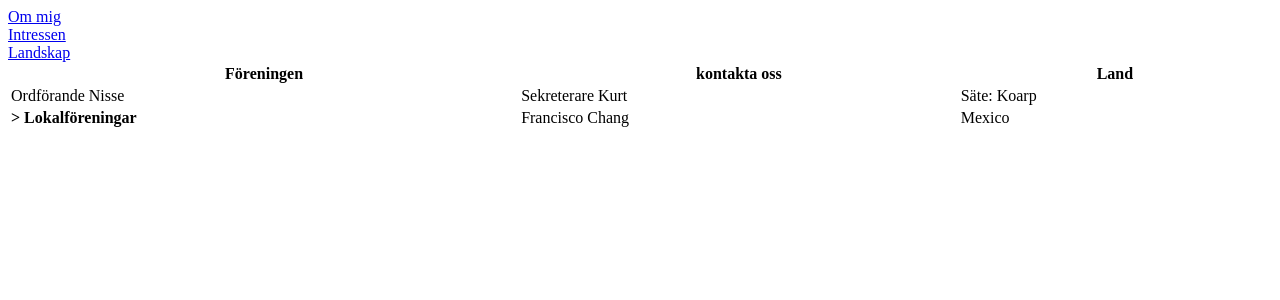
Repository: Webutveckling-20-21/Uppgift-1
Page: om foreningen.html
The author's editor kept a copy of each file at every save. The page is drawn from the files as they stood at one save, then again after a run of saves.
The browser window is 1280 px wide. The pictures show the whole page.

Above is the page before, as saved 2021-09-06 16:10:59.

### om foreningen.html
<!-- Här alla måsten i huvudet såsom språk och språkkodning mm -->
<!DOCTYPE html>
<html lang="sv">

<head>
    <meta charset="UTF-8">
    <meta name="viewport" content="width=device-width, initial-scale=1.0">
    <title>Intressen</title>
</head>

<body>
    <header>
        <!-- Här läggs alla länkar-->
        <a href="blogg.html">Om mig</a><br>
        <a href="verksamheten.html">Intressen</a> <br>
        <a href="medlemskap.html">Landskap</a> <br>

    </header>
    <main>
        <table style="width:100%">
  <tr>
    <th>Föreningen</th>
    <th>kontakta oss</th>
    <th>Land</th>
  </tr>
  <tr>
    <td>Ordförande Nisse</td>
    <td>Sekreterare Kurt</td>
    <td>Säte: Koarp</td>
  </tr>
  <tr>
    <td><b>> Lokalföreningar</td>
    <td>Francisco Chang</td>
    <td>Mexico</td>
  </tr>
</table>

    </main>


</body>

</html>

After the next 2 saves:
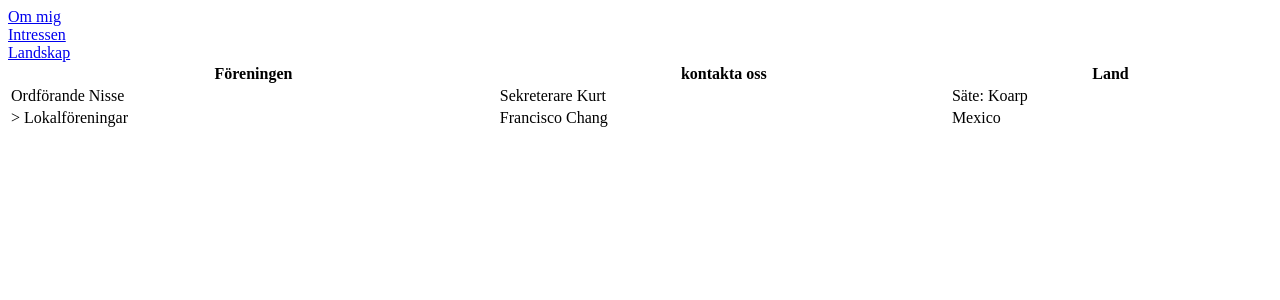
The 2 saves are shown as one change because they came seconds apart.
The last was saved 10 s later.
--- a/om foreningen.html
+++ b/om foreningen.html
@@ -29,7 +29,7 @@
     <td>Säte: Koarp</td>
   </tr>
   <tr>
-    <td><b>> Lokalföreningar</td>
+    <td>> Lokalföreningar</td>
     <td>Francisco Chang</td>
     <td>Mexico</td>
   </tr>
